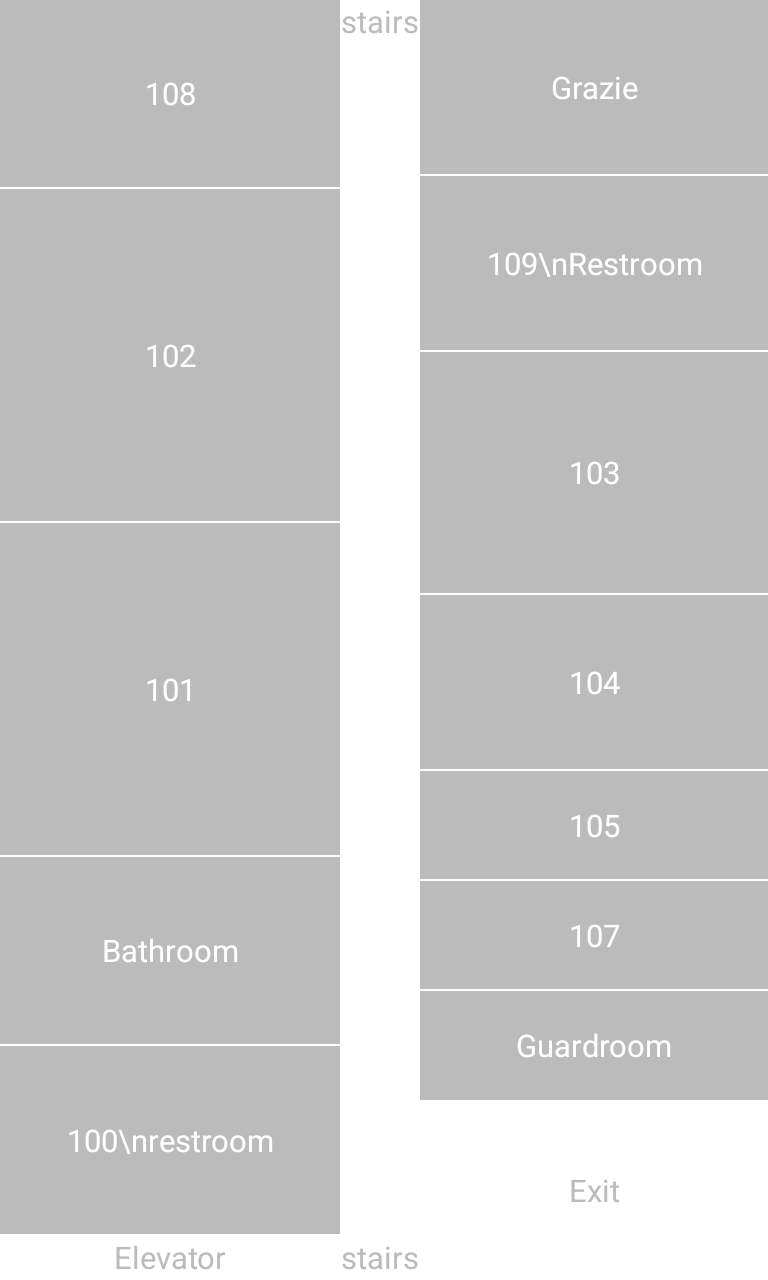
Repository: Choi-HyunWoo/Baddest
Layout: WorkOn_SELLA/workspace/BaddestHansung/res/layout/campus_gonghaka.xml
An editor plug-in stored every save of this project. The layout is shown before and after the next save, followed by the edit.
It is drawn on a 768 x 1280 px phone screen (xhdpi) without system bars, with theme android:Theme.Light.NoTitleBar; the app's code is not run.

Above is the layout before, as saved 2014-05-29 12:13:22.

### WorkOn_SELLA/workspace/BaddestHansung/res/layout/campus_gonghaka.xml
<?xml version="1.0" encoding="utf-8"?>
<LinearLayout  xmlns:android="http://schemas.android.com/apk/res/android"
    android:layout_width="match_parent"
    android:layout_height="match_parent"
    android:orientation="horizontal" >

    <LinearLayout
        android:layout_width="wrap_content"
        android:layout_height="match_parent"
        android:layout_weight="1"
        android:orientation="vertical" >

        <Button
            android:text="108"
            style="@style/RoomButton" />
        <Button
            android:text="102"
            android:layout_weight="2"
            style="@style/RoomButton" />
        <Button
            android:text="101"
            android:layout_weight="2"
            style="@style/RoomButton" />
        <Button
            android:text="Bathroom"
            style="@style/RoomButton" />
        <Button
            android:text="100\nrestroom"
            style="@style/RoomButton" />
        <Button
            android:text="Elevator"
            android:layout_weight="0"
            style="@style/WhitePlace" />

    </LinearLayout>

    <RelativeLayout
    	android:layout_width="40dp"
        android:layout_height="match_parent"
        android:orientation="vertical" >
	    <TextView
	        android:text="stairs"
	        style="@style/WhitePlace"
	        android:layout_width="match_parent"
	        android:layout_height="wrap_content"
	        android:layout_alignParentTop="true" />
	    <TextView
	        android:text="stairs"
	        style="@style/WhitePlace"
	        android:layout_width="match_parent"
	        android:layout_height="wrap_content"
	        android:layout_alignParentBottom="true" />
	</RelativeLayout>

    <LinearLayout
        android:layout_width="wrap_content"
        android:layout_height="match_parent"
        android:layout_weight="1"
        android:orientation="vertical" >

        <Button
            android:text="Grazie"
            android:layout_weight="2"
            style="@style/RoomButton" />
        <Button
            android:text="109\nRestroom"
            android:layout_weight="2"
            style="@style/RoomButton" />
        <Button
            android:text="103"
            android:layout_weight="3"
            style="@style/RoomButton" />
        <Button
            android:text="104"
            android:layout_weight="2"
            style="@style/RoomButton" />
        <Button
            android:text="105"
            style="@style/RoomButton" />
        <Button
            android:text="107"
            style="@style/RoomButton" />
        <Button
            android:text="Guardroom"
            style="@style/RoomButton" />
        <Button
            android:text="Exit"
            android:layout_weight="2"
            style="@style/WhitePlace" />

    </LinearLayout>
</LinearLayout>

### WorkOn_SELLA/workspace/BaddestHansung/res/values/styles.xml
<resources xmlns:android="http://schemas.android.com/apk/res/android">

    <!--
        Base application theme, dependent on API level. This theme is replaced
        by AppBaseTheme from res/values-vXX/styles.xml on newer devices.
    -->
    <style name="AppBaseTheme" parent="Theme.AppCompat.Light">
        <!--
            Theme customizations available in newer API levels can go in
            res/values-vXX/styles.xml, while customizations related to
            backward-compatibility can go here.
        -->
    </style>

    <!-- Application theme. -->
    <style name="AppTheme" parent="AppBaseTheme">
        <!-- All customizations that are NOT specific to a particular API-level can go here. -->
    </style>

    <style name="BuildingButton">
        <item name="android:background">@drawable/bt_selector</item>
        <item name="android:textColor">@color/White</item>
        <item name="android:gravity">center</item>
        <item name="android:textSize">6pt</item>
        <item name="android:layout_gravity">fill</item>
        <item name="android:layout_margin">2dp</item>
    </style>
    <style name="MapOthers">
		<item name="android:background">@color/White</item>
        <item name="android:textColor">@color/LightGray</item>
        <item name="android:gravity">center</item>
        <item name="android:textSize">5pt</item>
        <item name="android:layout_gravity">fill</item>
        <item name="android:layout_margin">2dp</item>
    </style>

    <style name="RoomButton">
        <item name="android:background">@drawable/bt_selector</item>
		<item name="android:layout_width">match_parent</item>
        <item name="android:layout_height">wrap_content</item>
        <item name="android:layout_marginBottom">1dp</item>
        <item name="android:layout_weight">1</item>
        <item name="android:gravity">center</item>
        <item name="android:textColor">@color/White</item>
        <item name="android:textSize">7pt</item>
    </style>
    <style name="WhitePlace">
        <item name="android:background">@color/White</item>
		<item name="android:layout_width">match_parent</item>
        <item name="android:layout_height">wrap_content</item>
        <item name="android:layout_marginBottom">1dp</item>
        <item name="android:layout_weight">1</item>
        <item name="android:gravity">center</item>
        <item name="android:textColor">@color/LightGray</item>
        <item name="android:textSize">7pt</item>
    </style>

    <style name="FloorButton">
        <item name="android:background">@color/DarkGray</item>
		<item name="android:layout_width">wrap_content</item>
        <item name="android:layout_height">30dp</item>
        <item name="android:layout_marginRight">1dp</item>
        <item name="android:layout_weight">1</item>
        <item name="android:gravity">center</item>
        <item name="android:textColor">@color/White</item>
        <item name="android:textSize">6pt</item>
    </style>


</resources>

### WorkOn_SELLA/workspace/BaddestHansung/res/values/colors.xml
<?xml version="1.0" encoding="utf-8"?>
<resources>
    <color name="MainColor">#33B5E5</color>
    <color name="DarkSkyblue">#0099CC</color>
    <color name="White">#FFFFFF</color>
    <color name="Black">#000000</color>
    <color name="LightGray">#BBBBBB</color>
    <color name="DarkGray">#999999</color>
</resources>

### WorkOn_SELLA/workspace/BaddestHansung/res/drawable-hdpi/bt_selector.xml
<?xml version="1.0" encoding="utf-8"?>
<selector xmlns:android="http://schemas.android.com/apk/res/android" >
    <item android:state_pressed="true"
        android:drawable="@color/MainColor" /> <!-- pressed button color -->
    <item
        android:drawable="@color/LightGray" /> <!-- default button color -->
</selector>

After the next save:
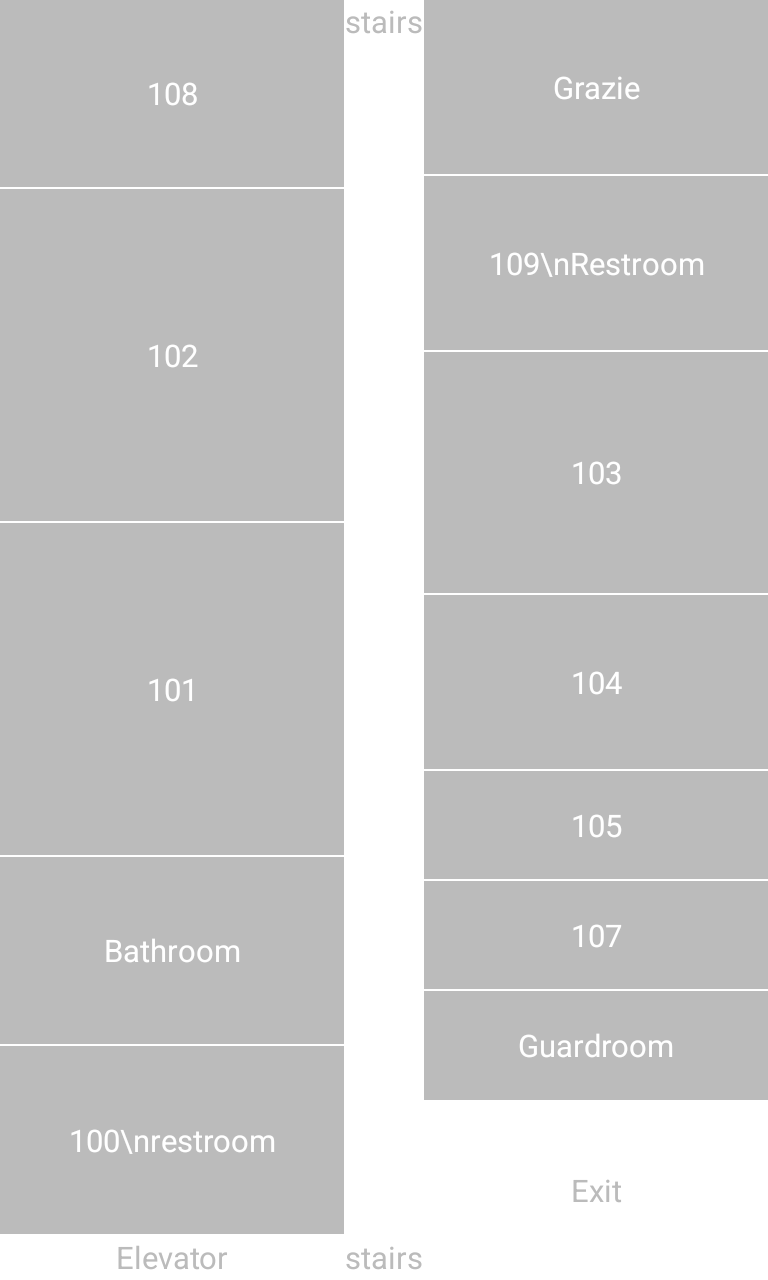
Saved 73 s later.
--- a/WorkOn_SELLA/workspace/BaddestHansung/res/layout/campus_gonghaka.xml
+++ b/WorkOn_SELLA/workspace/BaddestHansung/res/layout/campus_gonghaka.xml
@@ -5,7 +5,7 @@
     android:orientation="horizontal" >
 
     <LinearLayout
-        android:layout_width="wrap_content"
+        android:layout_width="fill_parent"
         android:layout_height="match_parent"
         android:layout_weight="1"
         android:orientation="vertical" >
@@ -53,7 +53,7 @@
 	</RelativeLayout>
 
     <LinearLayout
-        android:layout_width="wrap_content"
+        android:layout_width="fill_parent"
         android:layout_height="match_parent"
         android:layout_weight="1"
         android:orientation="vertical" >
